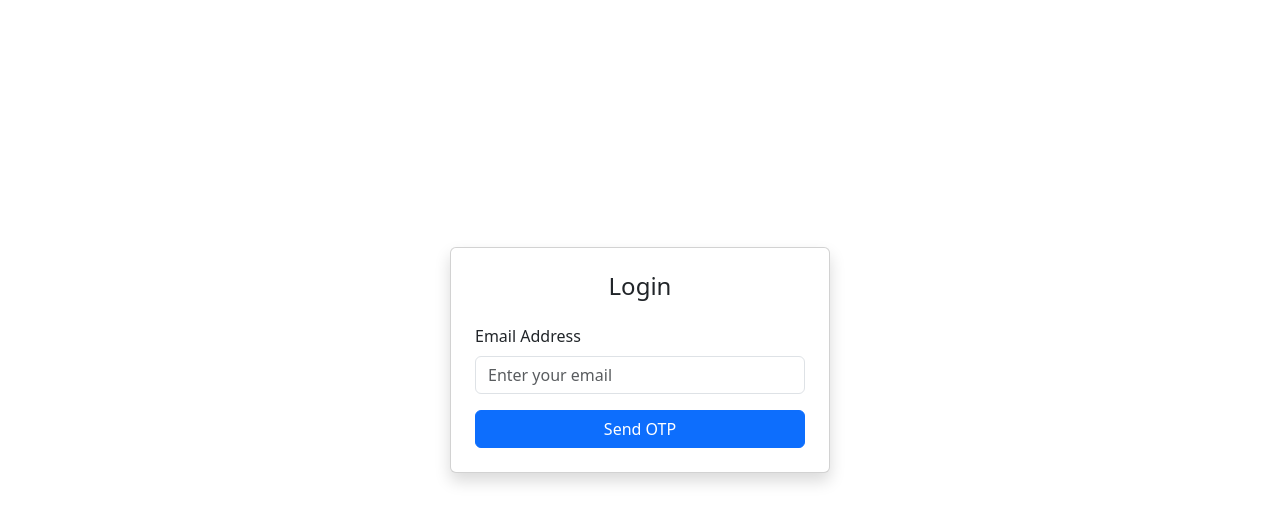
Repository: avmaurya07/unlock-dashboard
Page: /
The author's editor kept a copy of each file at every save. The page is drawn from the files as they stood at one save, then again after the next save.
The browser window is 1280 px wide. The pictures show the whole page.
The project was rebuilt for these pictures with package versions that can differ from the ones it lists, and the page was loaded fresh each time. Also part of the build but not shown: vite.config.js, src/components/Sidebar.jsx, src/components/Topbar.jsx, src/layout/MainLayout.jsx, src/components/DashboardCard.jsx, src/pages/Dashboard.jsx, src/pages/Events.jsx, src/pages/Jobs.jsx and 9 more.

Above is the page before, as saved 2025-12-28 00:53:38.

After the next save:
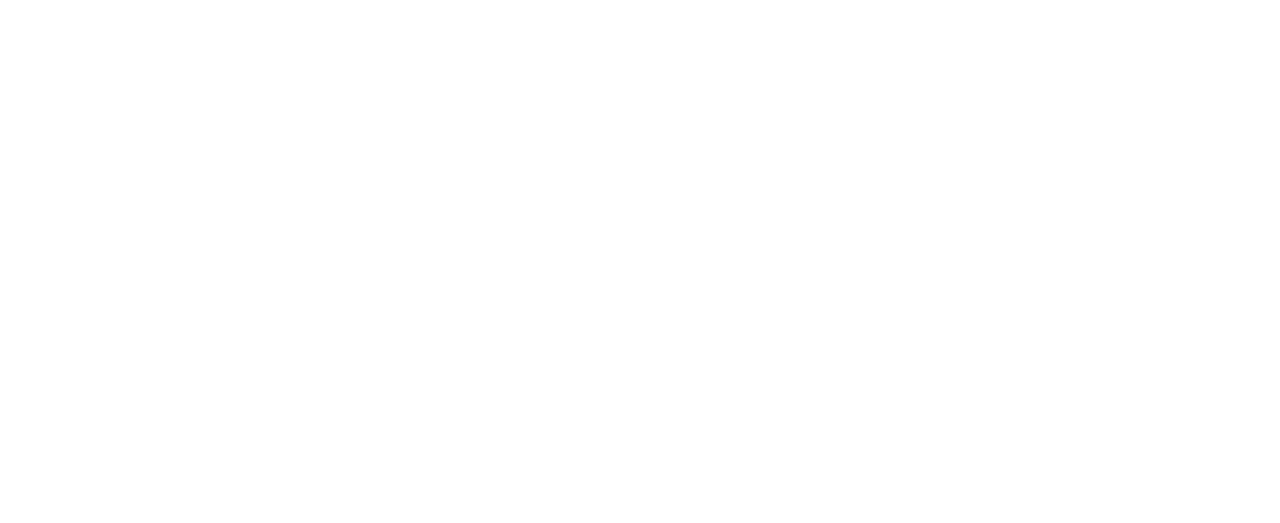
Console error (its wording comes from the project's code and is left out).
Saved 81 s later.
--- a/src/App.jsx
+++ b/src/App.jsx
@@ -40,7 +40,7 @@
           <Route index element={<Dashboard />} />
 
           {/* NESTED PUBLISHER ROUTES */}
-          <Route path="events" element={<Events />} />
+          <Route path="/events" element={<Events />} />
           <Route path="jobs" element={<Jobs />} />
           <Route path="funding-calls" element={<FundingCalls />} />
           <Route path="investor-programs" element={<InvestorPrograms />} />

After the save that followed:
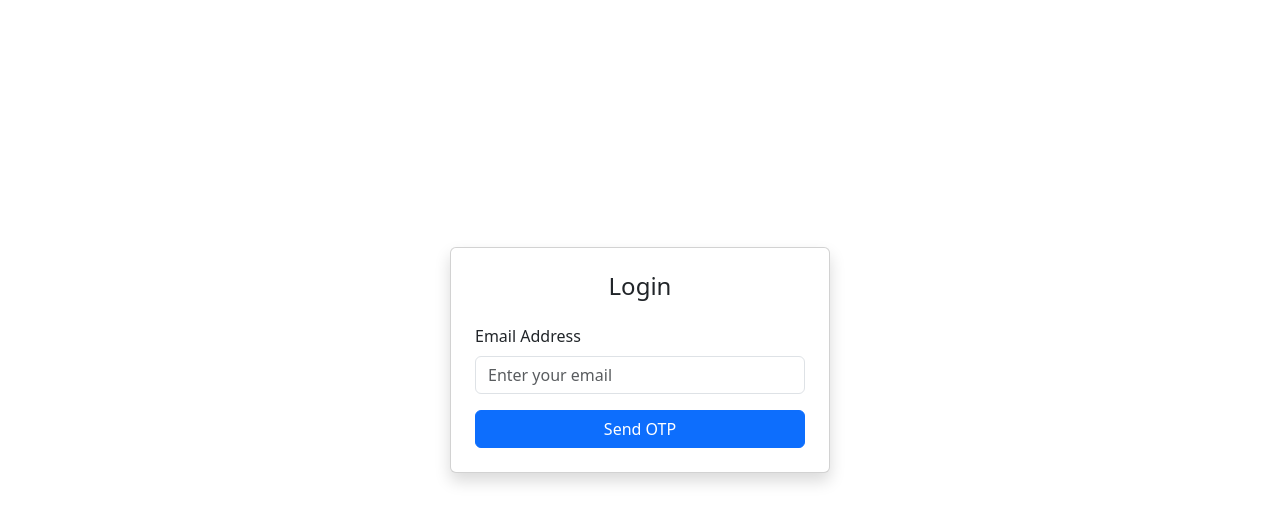
The error is gone.
Saved 5 s later.
--- a/src/App.jsx
+++ b/src/App.jsx
@@ -40,7 +40,7 @@
           <Route index element={<Dashboard />} />
 
           {/* NESTED PUBLISHER ROUTES */}
-          <Route path="/events" element={<Events />} />
+          <Route path="events" element={<Events />} />
           <Route path="jobs" element={<Jobs />} />
           <Route path="funding-calls" element={<FundingCalls />} />
           <Route path="investor-programs" element={<InvestorPrograms />} />
